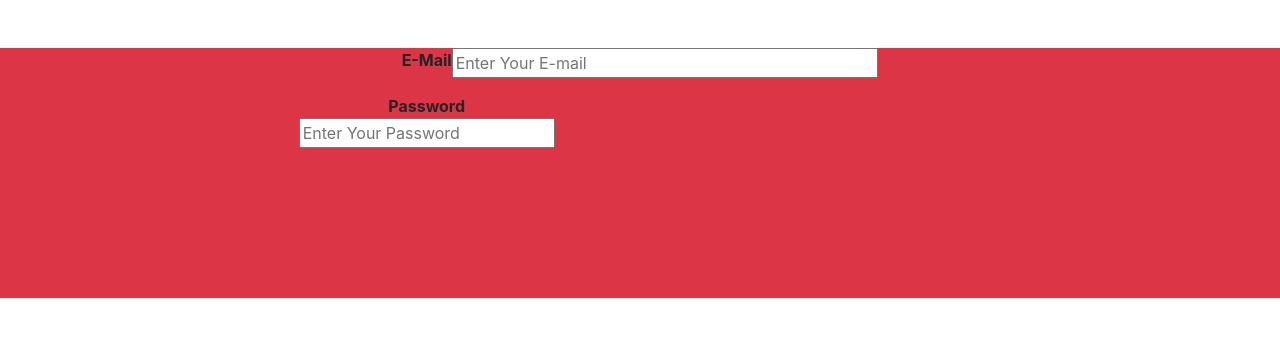
Repository: mariamkhaledsapra/E-Commerce-main
Page: /login
An editor plug-in stored every save of this project. The page is shown before and after the next save, followed by the edit.
The browser window is 1280 px wide. The pictures show the whole page.
The project was rebuilt for these pictures with package versions that can differ from the ones it lists, and the page was loaded fresh each time. Also part of the build but not shown: src/components/Navbar.jsx.

Above is the page before, as saved 2024-02-13 21:39:20.

After the next save:
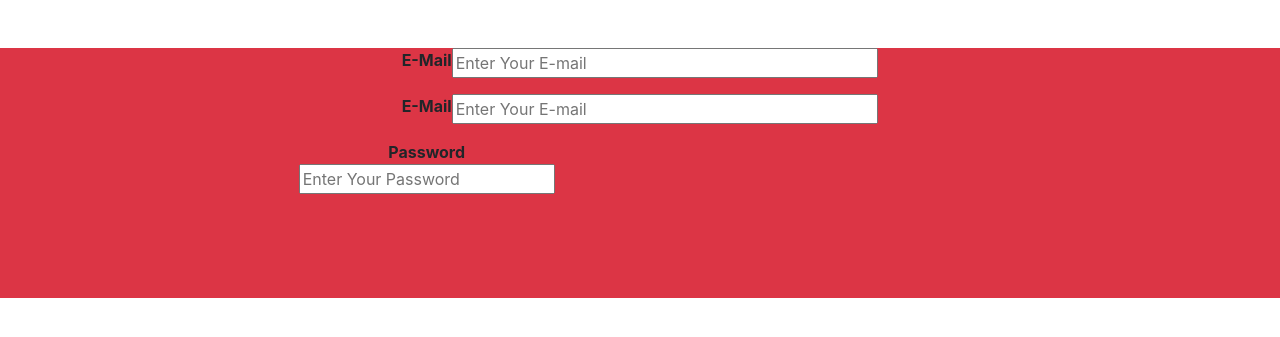
Saved 9 s later.
--- a/src/components/Login.jsx
+++ b/src/components/Login.jsx
@@ -4,6 +4,12 @@ const Login = () => {
   return (
     <div className="bg-danger  mt-5" style={{ height: "250px" }}>
       {" "}
+      <div className="mb-3  d-flex justify-content-center">
+        <label className="fw-bolder">E-Mail</label>
+        <div className="col-4">
+          <input type="email" placeholder="Enter Your E-mail" className={"w-100"}/>
+        </div>
+      </div>
       <div className="mb-3  d-flex justify-content-center">
         <label className="fw-bolder">E-Mail</label>
         <div className="col-4">
